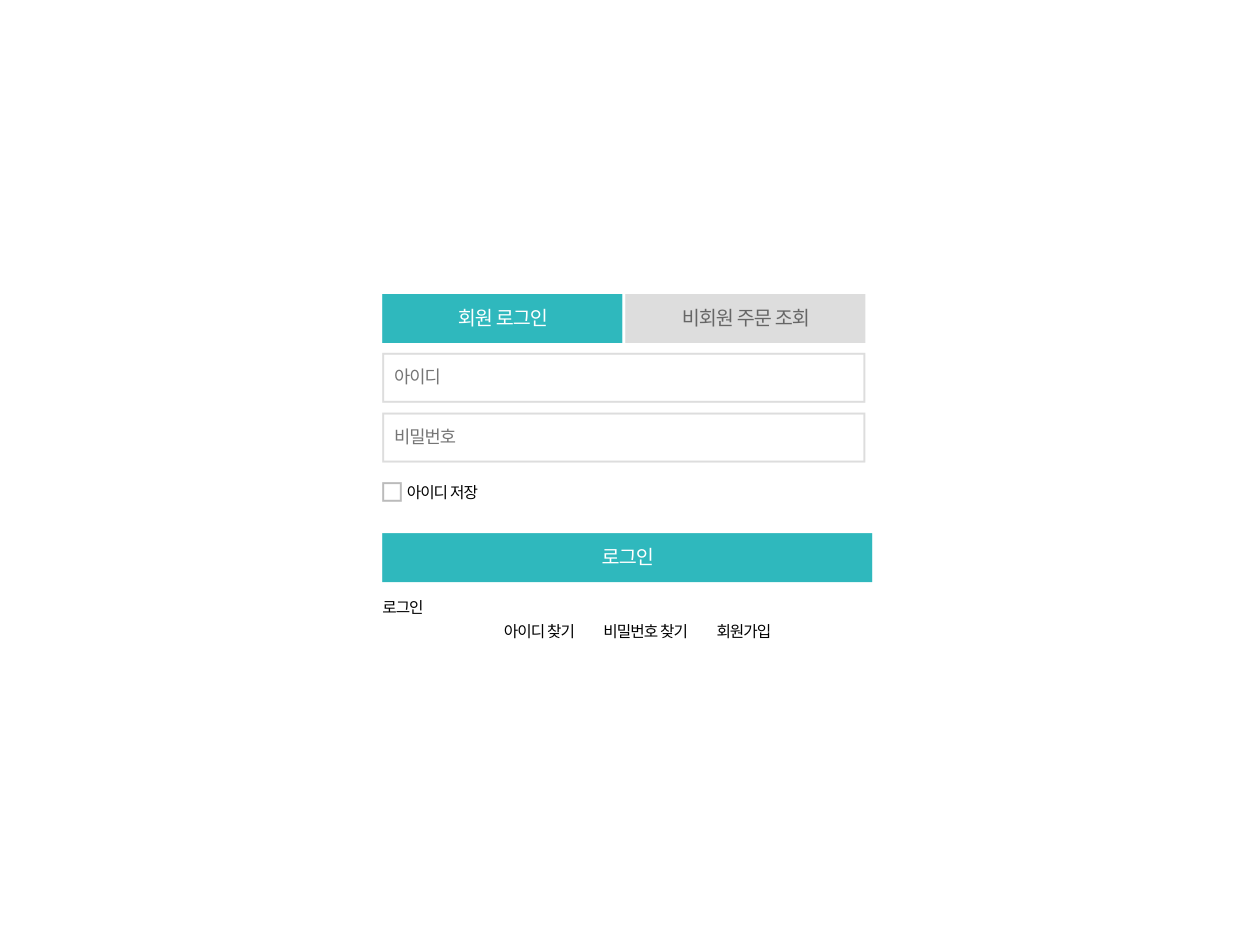
Repository: InhoKang92/jsp_1018
Page: http://localhost/Web_01/login.jsp
An editor plug-in stored every save of this project. The page is shown before and after the next save, followed by the edit.
The browser window is 1280 px wide. The pictures show the whole page, at 98% of full size.
Some web fonts or font styles are not loaded; a fallback is used. The page is served by Tomcat 9. Other server files are loaded and not shown.

Above is the page before, as saved 2024-10-16 01:36:53.

### Web_01/src/main/webapp/login.jsp
<%@ page language="java" contentType="text/html; charset=UTF-8"
pageEncoding="UTF-8"%>
<!DOCTYPE html>
<html>
<head>
<meta charset="UTF-8">

<link rel="stylesheet" href="css/reset.css">
<link rel="stylesheet" href="css/login.css">

<title>모던하우스 회원 로그인</title>
</head>
<body>

<form>
        <div class="login_box">
            <div class="member_btn_box">
                <button class="mem">회원 로그인</button>
                <button class="notmem">비회원 주문 조회</button>
            </div>
            <div class="input_box">
                <input class="id_input" type="text" placeholder="아이디">
                <input class="pw_input" type="password" placeholder="비밀번호">
                <div class="save_box">
                    <input id="check" type="checkbox">
                    <label for="check"></label>
                    <p class="save">아이디 저장</p>
                </div>

            </div>
            <input type="submit" class="login_btn" value="로그인">로그인
            <div class="etc_box">
                <input type="button">아이디 찾기
                <input type="button">비밀번호 찾기
                <input type="button">회원가입
            </div>
        </div>
    </form>

</body>
</html>

### Web_01/src/main/webapp/css/reset.css
@charset "utf-8";

@font-face {
    font-family: 'Pretendard-Regular';
    src: url('https://fastly.jsdelivr.net/gh/Project-Noonnu/noonfonts_2107@1.1/Pretendard-Regular.woff') format('woff');
    font-weight: 400;
    font-style: normal;
}

/* CSS 리셋 */
* {
    margin: 0;
    padding: 0;
    color: #000;
    list-style: none;
    text-decoration: none;
    box-sizing: border-box;
    line-height: 1.5;
    letter-spacing: -1px;
    font-family: 'Pretendard-Regular';
}

### Web_01/src/main/webapp/css/login.css
@charset "utf-8";


.login_box {
    width: 500px;
    margin: 300px auto;
}

.member_btb_box {
    width: 100%;
    display: flex;
    justify-content: space-between;
    gap: 10px;
}

.mem {
    width: 245px;
    background-color: #2fb8bd;
    border: none;
    color: #fff;
    font-size: 20px;
    padding: 10px;
    cursor: pointer;
}
.notmem {
    width: 245px;
    background-color: #ddd;
    border: none;
    color: #666;
    font-size: 20px;
    padding: 10px;
    cursor: pointer;
}

.input_box {
    width: 500px;
    margin-top: 10px;
}
.id_input {
    display: inline-block;
    width: 493px;
    border: 2px solid #ddd;
    padding: 10px;
    font-size: 18px;
}

.pw_input {
    display: inline-block;
    width: 493px;
    border: 2px solid #ddd;
    padding: 10px;
    font-size: 18px;
    margin-top: 10px;
    margin-bottom: 20px;
}

.save_box {
    position: relative;
    margin-bottom: 10px;
}
#check {
    display: none;
}
#check + label {
    display: inline-block;
    width: 20px;
    height: 20px;
    border: 2px solid #bbb;
    position: relative;
}
#check:checked + label::after{
    content:'✔';
    font-size: 18px;
    width: 20px;
    height: 20px;
    text-align: center;
    position: absolute;
    left: -2px;
    top:-6px;
    color: #2fb8bd;
}
.save {
    display: inline-block;
    position: absolute;
    top: -1px;
    left: 25px;
}

.login_btn {
    text-align: center;
    width: 500px;
    background-color: #2fb8bd;
    border: none;
    color: #fff;
    font-size: 20px;
    padding: 10px;
    margin-top: 15px;
    margin-bottom: 15px;
    cursor: pointer;
}
.etc_box {
    width: 500px;
    display: flex;
    justify-content: center;
    gap: 10px;
}
.etc_box>input {
    position: relative;
    background: none;
    border: none;
    padding: 5px;
    font-size: 14px;
    color: #666;
    cursor: pointer;
}

After the next save:
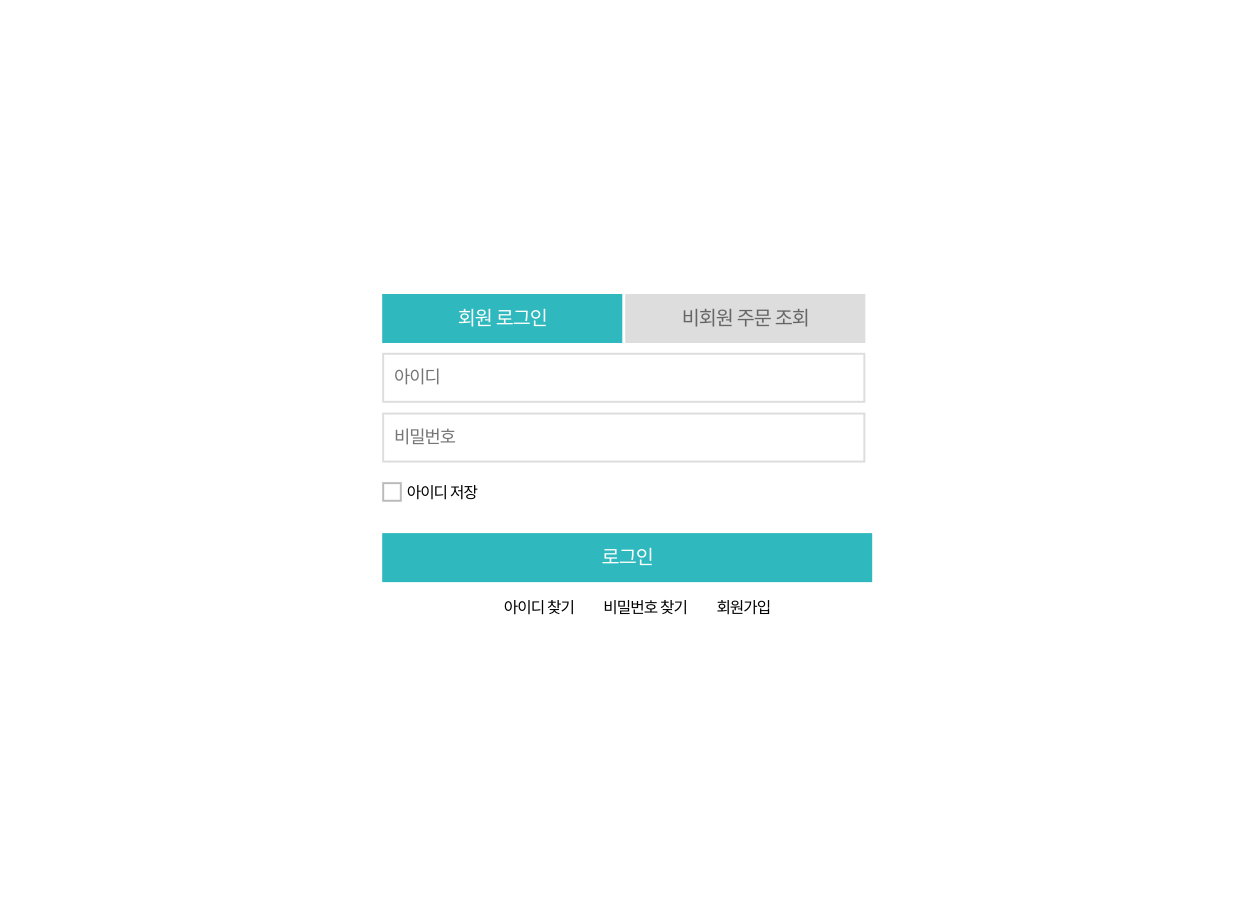
Saved 1 s later.
--- a/Web_01/src/main/webapp/login.jsp
+++ b/Web_01/src/main/webapp/login.jsp
@@ -28,7 +28,7 @@ pageEncoding="UTF-8"%>
                 </div>
 
             </div>
-            <input type="submit" class="login_btn" value="로그인">로그인
+            <input type="submit" class="login_btn" value="로그인">
             <div class="etc_box">
                 <input type="button">아이디 찾기
                 <input type="button">비밀번호 찾기
